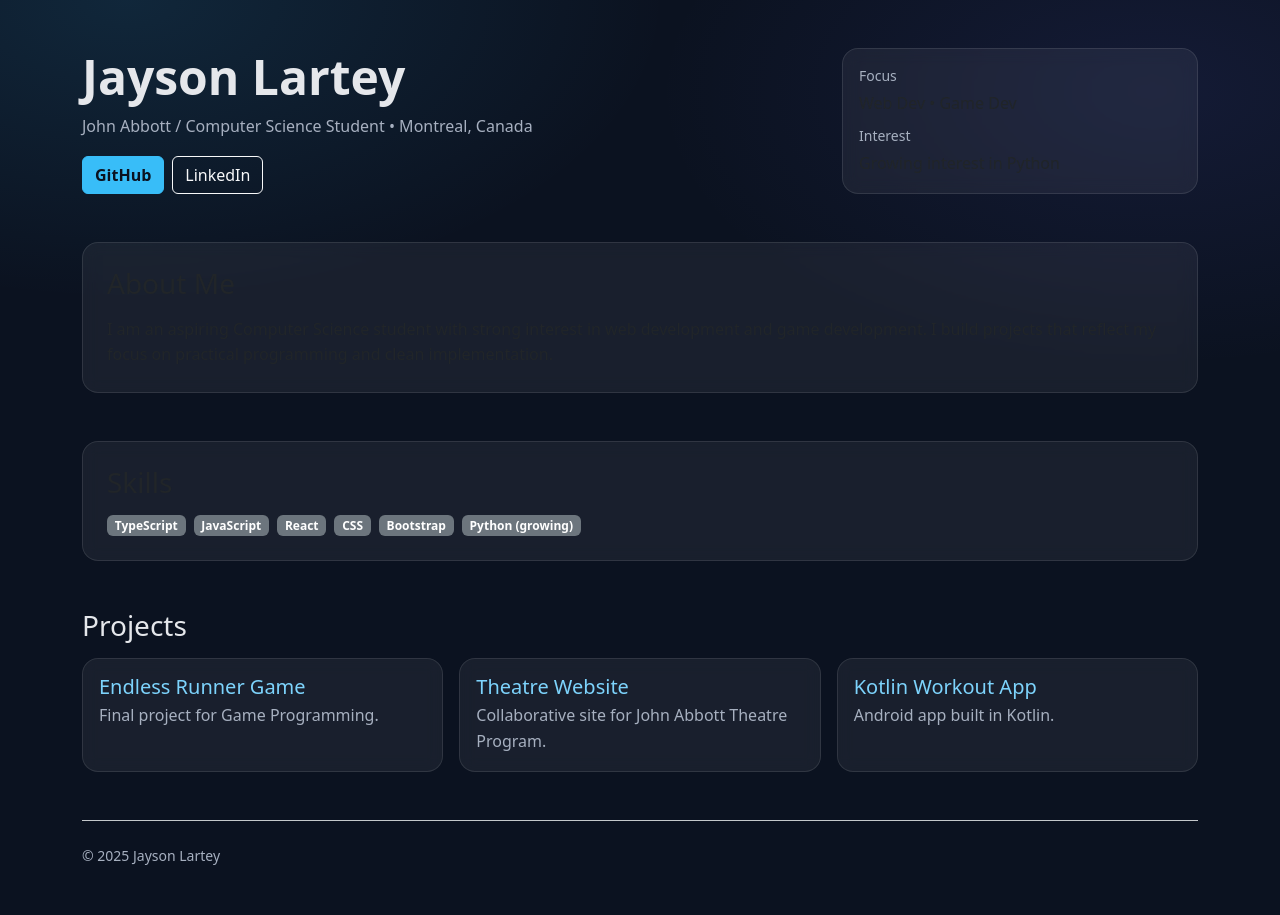
Repository: jaysonlartey/jaysonlartey.github.io
Page: index.html
The author's editor kept a copy of each file at every save. The page is drawn from the files as they stood at one save, then again after the next save.
The browser window is 1280 px wide. The pictures show the whole page.

Above is the page before, as saved 2025-12-12 18:49:02.

After the next save:
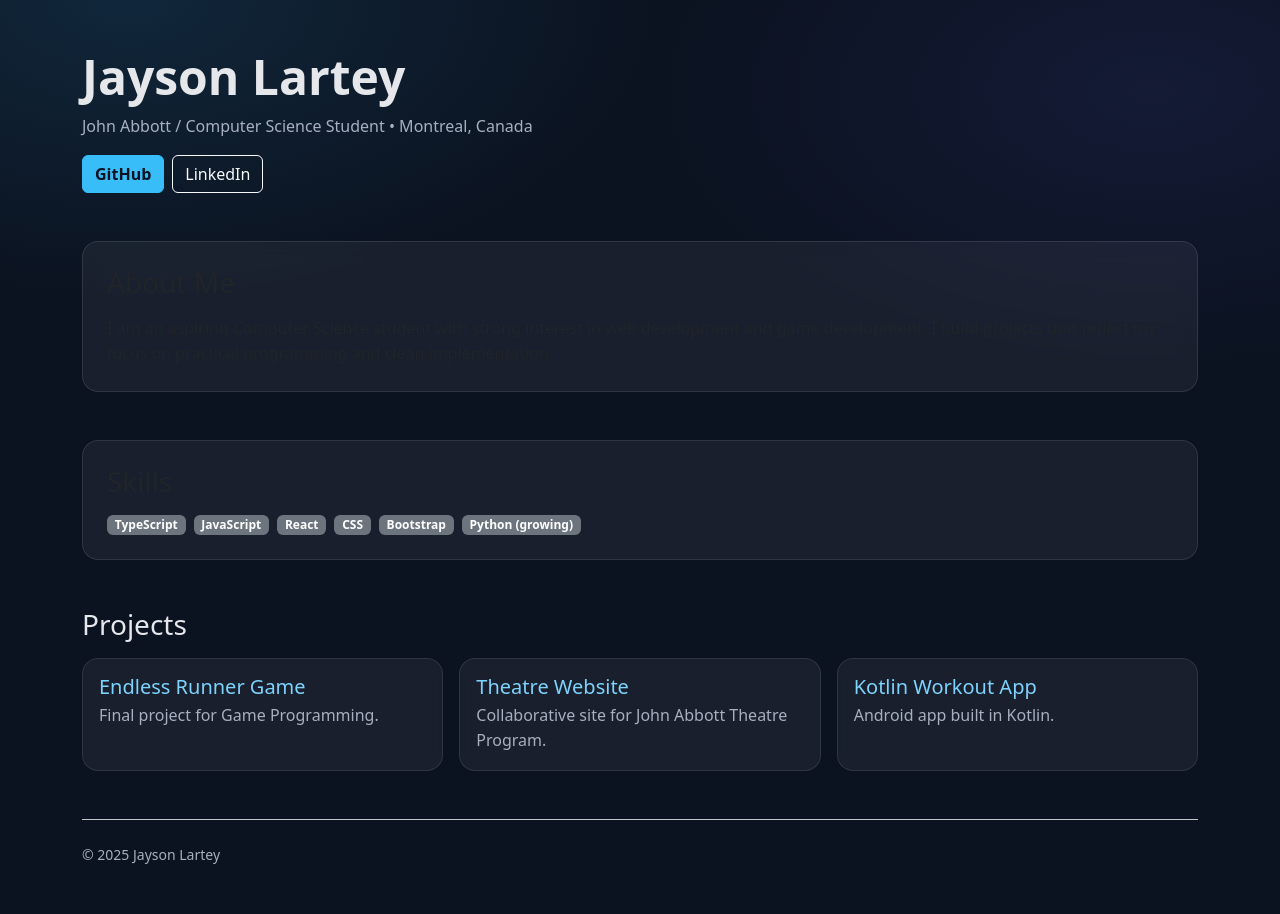
Saved 92 min 25 s later.
--- a/index.html
+++ b/index.html
@@ -24,14 +24,6 @@
       </div>
     </div>
 
-    <div class="col-12 col-md-4">
-      <div class="card card-dark p-3">
-        <div class="small text-secondary">Focus</div>
-        <div class="mt-1">Web Dev • Game Dev</div>
-        <div class="mt-2 small text-secondary">Interest</div>
-        <div class="mt-1">Growing interest in Python</div>
-      </div>
-    </div>
   </div>
 </header>
 
